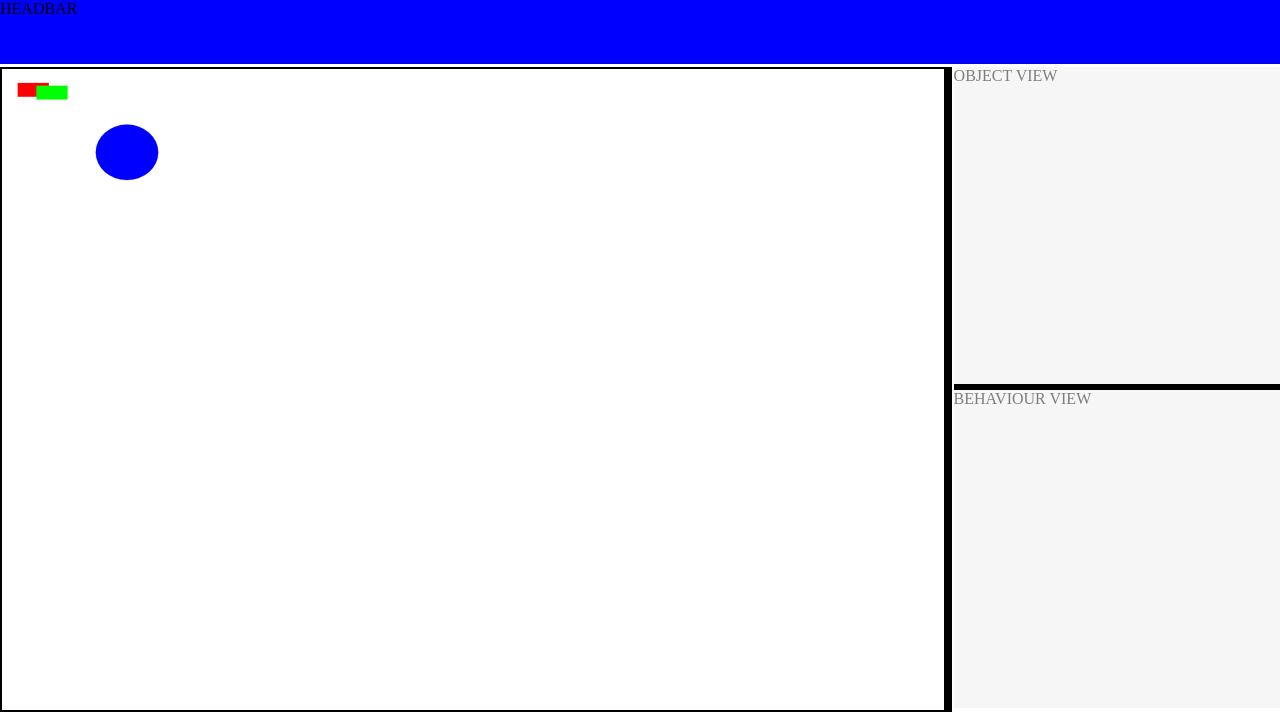
Repository: n-donnelly/onlinegameproto
Page: GameProto/WebContent/Content/main.html
The author's editor kept a record of every edit. The page is drawn from the files as they stood at one moment, then again after the next edit.
The browser window is 1280 px wide. The pictures show the whole page.
Some web libraries are served in a nearby version.

Above is the page before.

### GameProto/WebContent/Content/main.html
<!DOCTYPE html>
<html lang="en-us">

<head>
<meta charset="utf-8">
<link rel="stylesheet" type="text/css" href="/GameProto/WebContent/CSS/main.css">
<title>Online Game Prototyping Tool</title>
</head>

<body>

<div id="header">HEADBAR</div>


<div id="content">
    <div id="gameView"><canvas id="canvas"></canvas></div>

    <div class="resize_bar vert_resizer"></div>

    <div id="rightBar">
        <div id="objectView">OBJECT VIEW</div>
        <div class="resize_bar hor_resizer"></div>
        <div id="behaviourView">BEHAVIOUR VIEW</div>
    </div>
</div>
<script src="https://code.jquery.com/jquery-1.4.2.min.js" type="text/javascript"></script>
<script src="https://ajax.googleapis.com/ajax/libs/jquery/1.4.1/jquery.min.js" type="text/javascript"></script>
<script type="text/javascript" src="https://ajax.googleapis.com/ajax/libs/jqueryui/1.8.1/jquery-ui.js"></script>
<!--<script src="jquery-ui-1.8.1.custom.min.js" type="text/javascript"></script>-->
<script src="/GameProto/WebContent/scripts/Utility.js" type="text/javascript"></script>
<script src="/GameProto/WebContent/scripts/GameObject.js" type="text/javascript"></script>
<script src="/GameProto/WebContent/scripts/run_game.js" type="text/javascript"></script>
<script src="/GameProto/WebContent/scripts/main.js"></script>

</body>
</html>

### GameProto/WebContent/CSS/main.css
#header {
    height: 64px;
    background: #0000ff;
    margin-bottom: 0.2em;
}

#gameView {
    float: left;
    width: 73.6%;
    height: 100%;
    position: relative;
    border: 2px solid black;
}

#rightBar {
    width: 25.5%;
    height:100%;
    float:right;
}

#objectView {
    height: 49.5%;
    background: #eee;
    opacity: 0.5;
}

#behaviourView {
    height: 49.5%;
    background: #eee;
    opacity: 0.5;
}

#content {
    height:89%;
    width: 100%;
    position: absolute;
}

.resize_bar {
    background: #000;
}

.hor_resizer {
    height: 6px;
    width: 100%;
}

.vert_resizer {
    width: 0.5%;
    height:100%;
    float: left;
    cursor: col-resize;
    border-bottom: 2px solid black;
    border-top: 2px solid black;
}

body {
    margin: 0px;
}

### GameProto/WebContent/scripts/Utility.js
var winWidth = 1920;
var winHeight = 1080;
var canvasWidth = canvas.width;
var canvasHeight = canvas.height;

function getRealX(w) {
    return (w/winWidth)*canvasWidth;
}

function getRealY(h) {
    return (h/winHeight)*canvasHeight;
}

### GameProto/WebContent/scripts/GameObject.js
function GameObject(type) {
    this.id = "";
    this.name;
    this.position = [];
    this.size = [];
    this.color = "#000";
    this.type = type;
    this.behaviours = [];

    this.draw = function(con){
        switch(type){
            case "fill_rect":
                con.fillStyle = this.color;
                con.fillRect(this.position['x'],
                    this.position['y'],
                    this.size['width'],
                    this.size['height']);
                break;
            case "image":
                break;
            default:
                break;
        }
    }

    this.update = function() {
        for(var b in this.behaviours){
            b();
        }
    }

    this.getID = function() {
        return this.id;
    }

    this.getName = function() {
        return this.name;
    }

    this.getType = function() {
        return this.type;
    }

    this.createRect = function(id, name, x, y, w, h, color){
        this.id = id;
        this.name = name;
        this.position['x'] = x;
        this.position['y'] = y;
        this.size['width'] = w;
        this.size['height'] = h;
        this.color = color;
    }

    this.setPosition = function(x, y){
        this.position['x'] = x;
        this.position['y'] = y;
    }

    this.setSize = function(w, h){
        this.size['width'] = w;
        this.size['height'] = h;
    }

    this.getPosition = function() {
        return this.position;
    }

    this.getSize = function() {
        return this.size;
    }

    this.setColour = function(col) {
        this.colour = col;
    }

    this.getColour = function() {
        return this.colour;
    }
};

function Circle(id, name, radius, x, y, color) {
    this.gObj = new GameObject("Circle");
    this.gObj.name = name;
    this.gObj.id = id;
    this.radius = radius;
    this.gObj.position['x'] = x;
    this.gObj.position['y'] = y;
    this.gObj.color = color;

    this.draw = function(con){
        con.strokeStyle = color;
        con.fillStyle = color;
        con.beginPath();
        con.arc(this.gObj.position['x'], this.gObj.position['y'], this.radius, 0, 2*Math.PI, true);
        con.fill();
        con.stroke();
    }

    this.update = function() {
        this.gObj.update();
    }

    this.getName = function() {
        return this.gObj.getName();
    }

    this.getID = function() {
        return this.gObj.getID();
    }

    this.getRadius = function() {
        return this.radius;
    }

    this.setRadius = function(rad) {
        this.radius = rad;
    }

    this.getPosition = function() {
        return this.gObj.position;
    }

    this.setPosition = function(x, y) {
        this.gObj.setPosition(x,y);
    }

    this.setColour = function(col) {
        this.gObj.setColour(col);
    }

    this.getColour = function(){
        return this.gObj.getColour();
    }
}

function Behaviour() {
    this.type = "auto";
    this.name = "";
    this.relatedObjects = [];
    this.run = function(){

    }
};

### GameProto/WebContent/scripts/run_game.js
var gameObjects = [];

function gameInit(canvas) {
    var gameObject1 = new GameObject("fill_rect");
    var gameObject2 = new GameObject("fill_rect");
    gameObject1.createRect("rect1", "rect", 100, 100, 200, 100, "#f00");
    gameObject2.createRect("rect2", "rect", 220, 120, 200, 100, "#0f0");
    gameObjects.push(gameObject1);
    gameObjects.push(gameObject2);

    var circle1 = new Circle("circle1", "circle1", 200, 800, 600, "#00f");
    gameObjects.push(circle1);

    context.scale(canvasWidth/winWidth, canvasHeight/winHeight);

    update();
    draw(context);
};

function update() {
    if(gameObjects.length > 0) {
        gameObjects.forEach(function(e){
            e.update();
        });
    }
        //setTimeout(update, 1000/60);
};

function draw(context) {
    context.clearRect(0,0,canvas.width, canvas.height);
    if(gameObjects.length > 0) {
        gameObjects.forEach(function(e) {
            e.draw(context);
        });
    }
    //setTimeout(draw(context), 1000/60);
};

function addObject(obj) {
    gameObjects.push(obj);
};

function removeObject(id) {
    gameObjects[id] = null;
};

function updateObject(id,obj) {
    gameObjects[id] = obj;
};

### GameProto/WebContent/scripts/main.js
var canvas = document.querySelector('canvas');
fitToContainer(canvas);
var context = canvas.getContext("2d");

$("#hor_resizer").draggable({
    axis: "y",
    drag: function() {

    }
});

$("#vert_resizer").draggable({
    axis: "x",
    drag: function() {
        $("#gameView").html("Dragged");
    }
});

fillCanvasTest();
gameInit(canvas);

function fitToContainer(canvas){
  // Make it visually fill the positioned parent
  canvas.style.width ='100%';
  canvas.style.height='100%';
  // ...then set the internal size to match
  canvas.width  = canvas.offsetWidth;
  canvas.height = canvas.offsetHeight;
}

function  fillCanvasTest() {
    context.fillRect(10, 10, 10,10);
}

After the next edit:
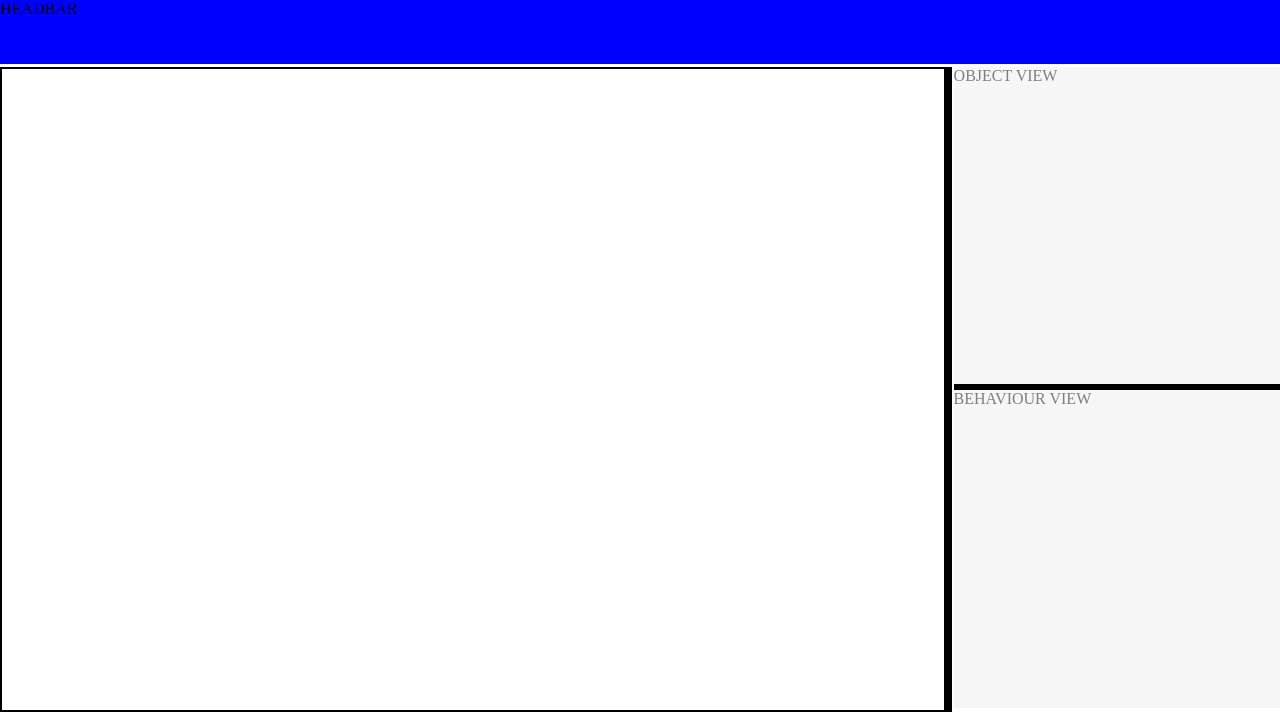
The edit:
--- a/GameProto/WebContent/scripts/run_game.js
+++ b/GameProto/WebContent/scripts/run_game.js
@@ -11,7 +11,7 @@
     var circle1 = new Circle("circle1", "circle1", 200, 800, 600, "#00f");
     gameObjects.push(circle1);
 
-    context.scale(canvasWidth/winWidth, canvasHeight/winHeight);
+    context.scale(winWidth/canvasWidth, winHeight/canvasHeight);
 
     update();
     draw(context);
